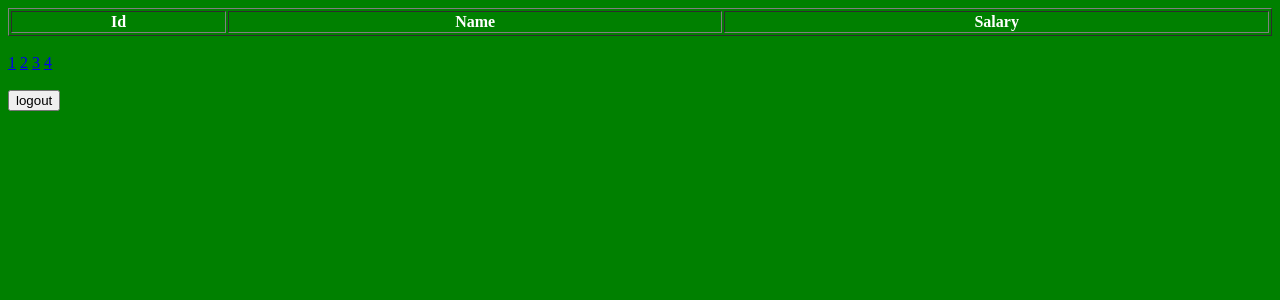
Repository: LSLParvathi/WebApplications
Page: http://localhost/Pagination/Resourses/jsp/first.jsp
These files come from the project's save history. The page is drawn as it stood at one moment and after the next save; the edit follows.
The browser window is 1280 px wide. The pictures show the whole page.
The page is served by Tomcat 9. Queries for data that is not in the repository find no rows.

Above is the page before, as saved 2020-02-15 10:29:05.

After the next save:
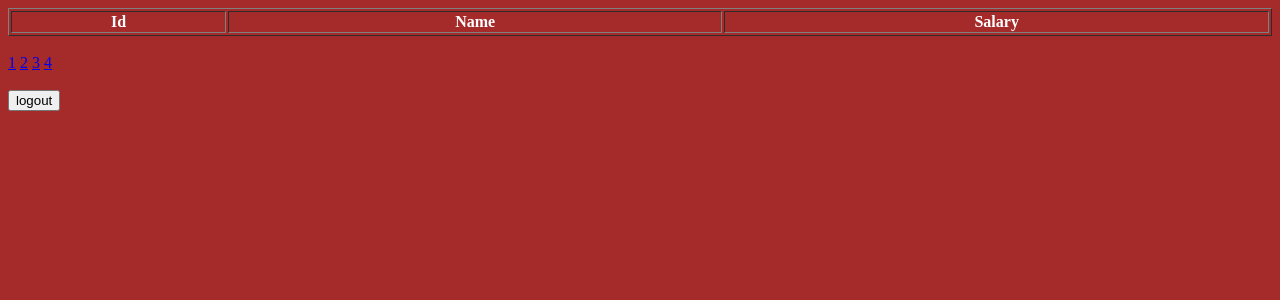
Saved 4 min 13 s later.
--- a/Pagination/WebContent/Resourses/css/first.css
+++ b/Pagination/WebContent/Resourses/css/first.css
@@ -2,7 +2,7 @@
 body
 {
 
-	background-color:  green;
+	background-color: brown;
 	color: white;
 
 }

After the save that followed:
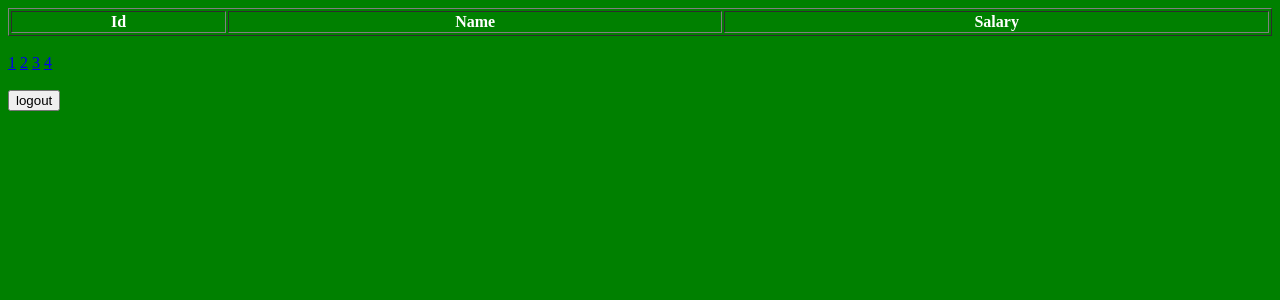
Saved 60 s later.
--- a/Pagination/WebContent/Resourses/css/first.css
+++ b/Pagination/WebContent/Resourses/css/first.css
@@ -2,7 +2,7 @@
 body
 {
 
-	background-color: brown;
+	background-color: green;
 	color: white;
 
 }
